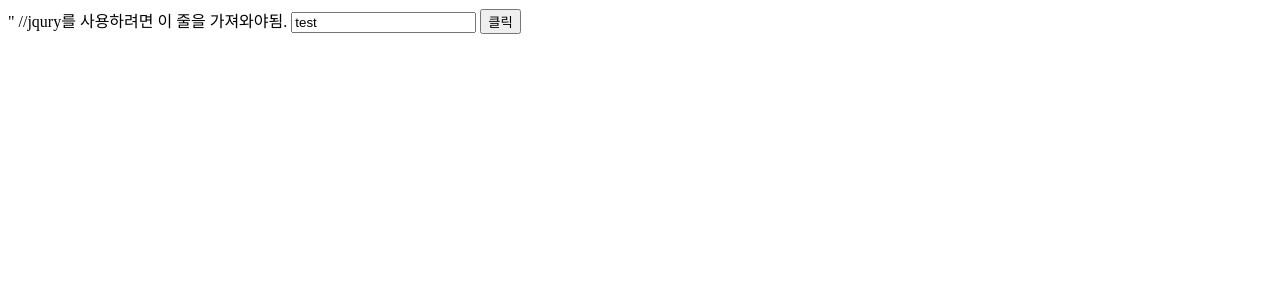
Repository: GTEM0/Acorn-classEdue2-java2-
Page: ajaxPrj_09_6/src/main/webapp/jquery1.html
An editor plug-in stored every save of this project. The page is shown before and after the next save, followed by the edit.
The browser window is 1280 px wide. The pictures show the whole page.

Above is the page before, as saved 2023-09-06 01:24:58.

After the next save:
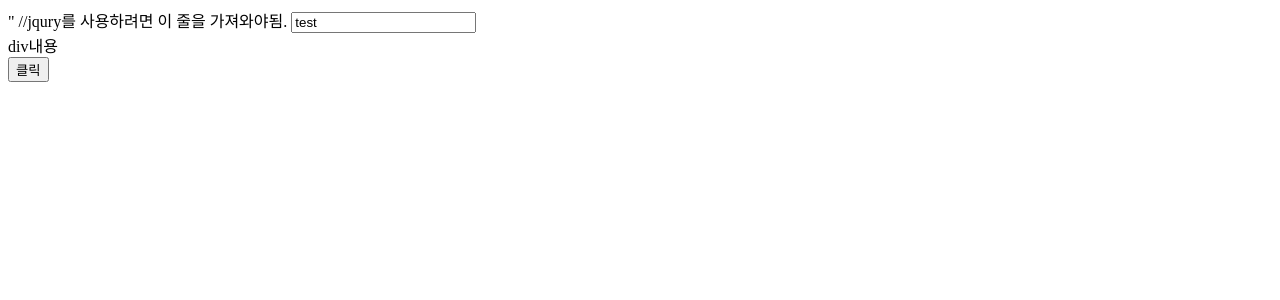
Saved 74 s later.
--- a/ajaxPrj_09_6/src/main/webapp/jquery1.html
+++ b/ajaxPrj_09_6/src/main/webapp/jquery1.html
@@ -30,6 +30,7 @@
 
 
 	<input type="text" id="userid" value="test">
+	<div id ="wrap">div내용</div>
 	<button>클릭</button>
 
 
